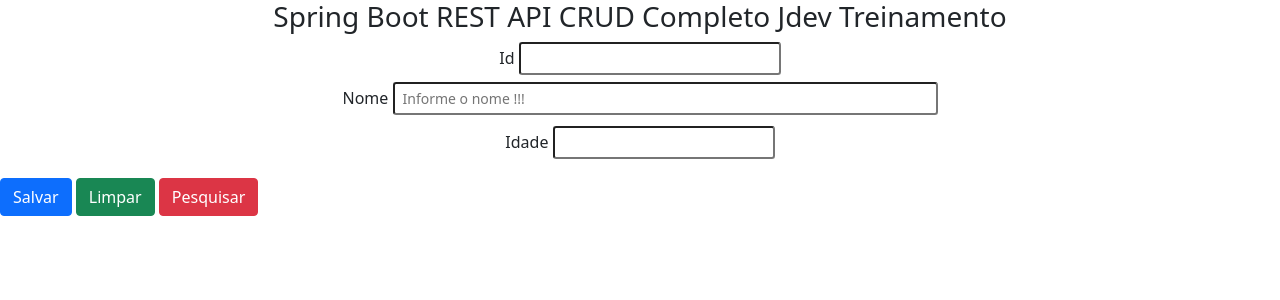
Repository: isaquelimaof/REST-API-SpringBoot
Page: springboot-rest-api-sample/src/main/resources/static/index.html
An editor plug-in stored every save of this project. The page is shown before and after the next save, followed by the edit.
The browser window is 1280 px wide. The pictures show the whole page.

Above is the page before, as saved 2022-05-10 03:56:05.

After the next save:
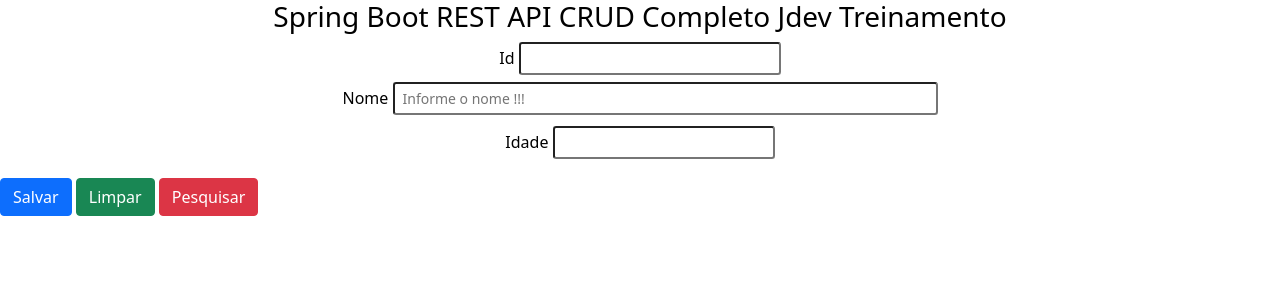
Saved 6 s later.
--- a/springboot-rest-api-sample/src/main/resources/static/css.css
+++ b/springboot-rest-api-sample/src/main/resources/static/css.css
@@ -14,6 +14,6 @@ h3 {
 	text-align: center;
 }
 
-.Teste {
+.teste {
 	color: black;
 }

After the save that followed:
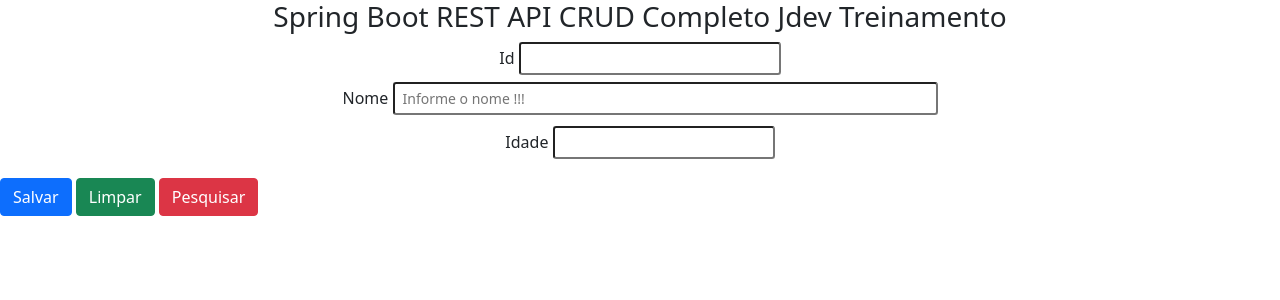
Saved 16 s later.
--- a/springboot-rest-api-sample/src/main/resources/static/index.html
+++ b/springboot-rest-api-sample/src/main/resources/static/index.html
@@ -12,7 +12,7 @@
 	crossorigin="anonymous">
 <title>API REST FULL</title>
 </head>
-<body class="teste">
+<body >
 	<h3>Spring Boot REST API CRUD Completo Jdev Treinamento</h3>
 
 	<form action="" id="formCadastroUser">
